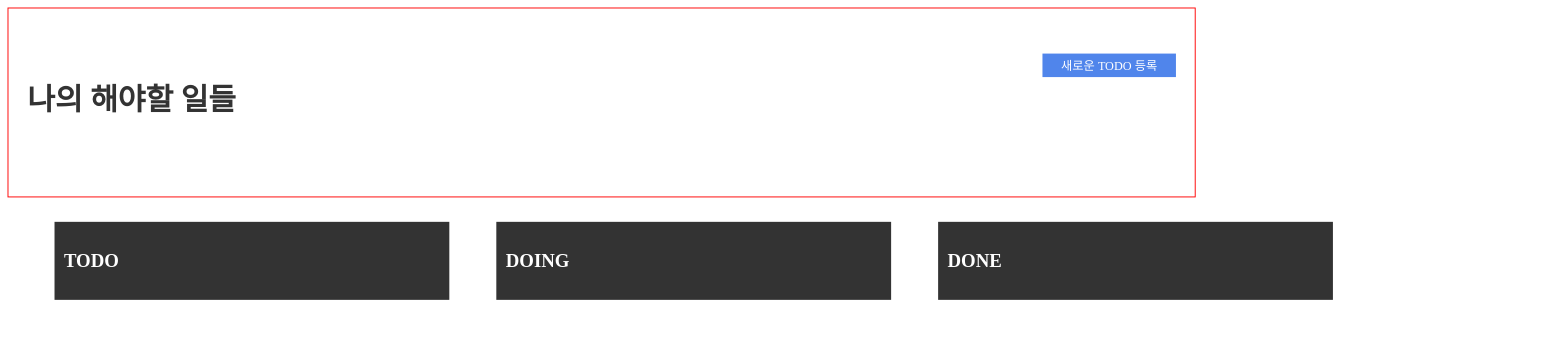
Repository: estellechoi/jsp-project-todo
Page: http://localhost/todo/MainServlet
The author's editor kept a copy of each file at every save. The page is drawn from the files as they stood at one save, then again after the next save.
The browser window is 1280 px wide. The page is 1418 px wide, then 1661 px, so the pictures cover 1661 px, including what lies to the right of the window. The pictures show the whole page, at 94% of full size.
The page is served by Tomcat 9. Queries for data that is not in the repository find no rows.

Above is the page before, as saved 2019-12-08 07:41:39.

After the next save:
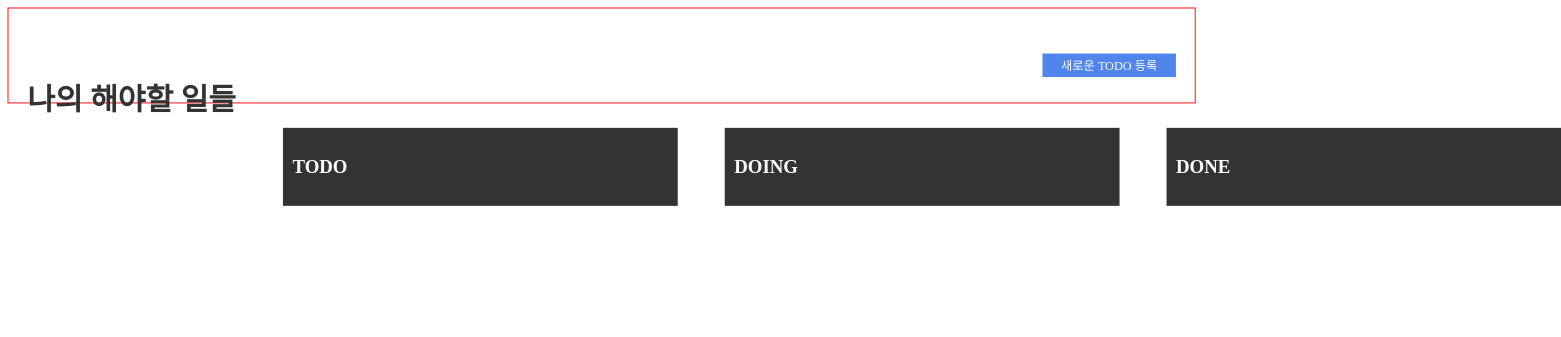
Saved 14 s later.
--- a/todo/src/main/webapp/jsp/main.jsp
+++ b/todo/src/main/webapp/jsp/main.jsp
@@ -25,7 +25,7 @@
 
 
 	header {
-		height: 100px;
+/* 		height: 100px; */
 		padding: 50px 20px 50px 20px;
 		border: 1px solid red;
 	}
